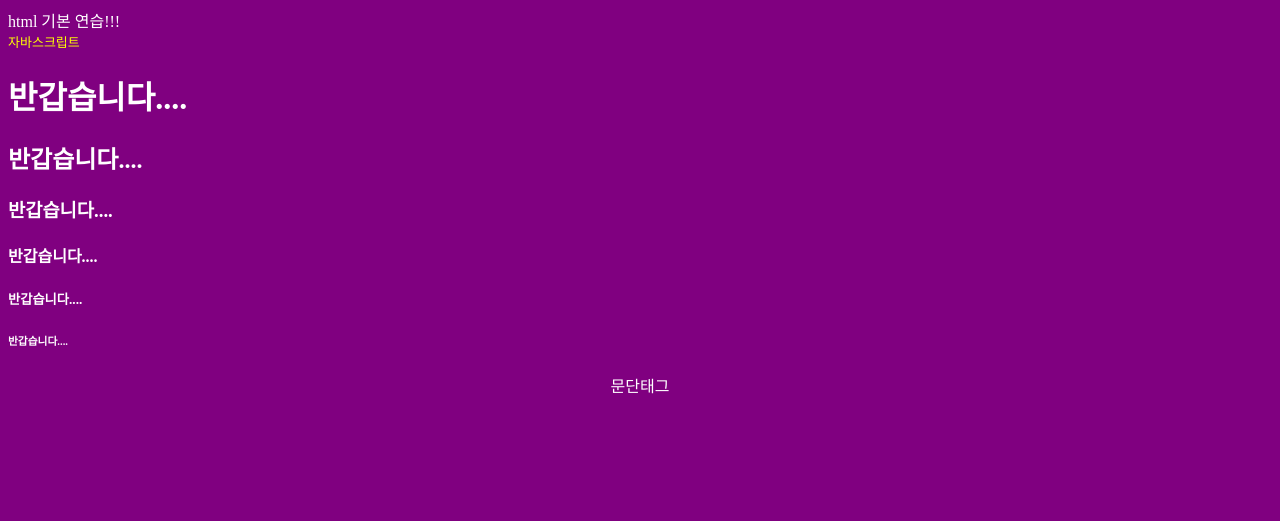
Repository: salee1023/JSP_Practice
Page: HTML_CSS_JS_practice01/src/main/webapp/html01.htm
An editor plug-in stored every save of this project. The page is shown before and after the next save, followed by the edit.
The browser window is 1280 px wide. The pictures show the whole page.

Above is the page before, as saved 2021-08-16 09:08:49.

### HTML_CSS_JS_practice01/src/main/webapp/html01.htm
<!DOCTYPE html>
<!--
	html 기본 구조
	<html>
		<head>
			<meta charset = "utf-8">
			<title>문서의 제목</title>
		</head>
		<body>
			문서의 내용
		</body?
	</html>
 -->
<html>
<head>
<meta charset="utf-8">
<title>html 연습</title>
</head>
<body bgcolor="purple" text="white">
	html 기본 연습!!!<br><font face="바탕" size="2" color="yellow">자바스크립트</font><h1>반갑습니다....</h1>
	<h2>반갑습니다....</h2><h3>반갑습니다....</h3><h4>반갑습니다....</h4><h5>반갑습니다....</h5><h6>반갑습니다....</h6>
	<p align="center">문단태그</p>
</body>
</html>

After the next save:
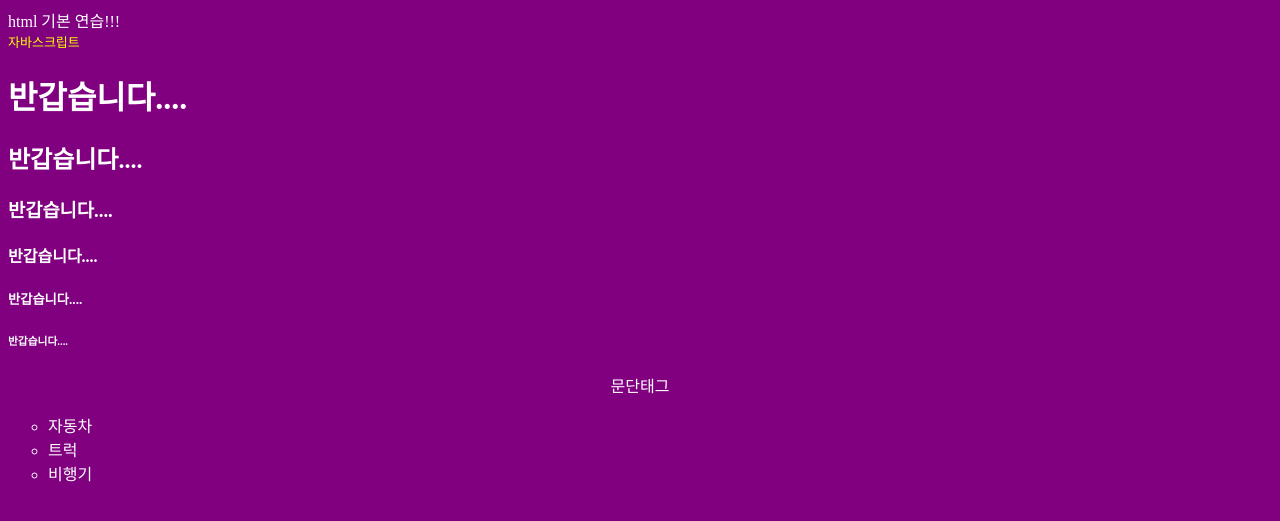
Saved 101 s later.
--- a/HTML_CSS_JS_practice01/src/main/webapp/html01.htm
+++ b/HTML_CSS_JS_practice01/src/main/webapp/html01.htm
@@ -20,5 +20,10 @@
 	html 기본 연습!!!<br><font face="바탕" size="2" color="yellow">자바스크립트</font><h1>반갑습니다....</h1>
 	<h2>반갑습니다....</h2><h3>반갑습니다....</h3><h4>반갑습니다....</h4><h5>반갑습니다....</h5><h6>반갑습니다....</h6>
 	<p align="center">문단태그</p>
+	<ul type="circle"><!-- Unordered List -->
+		<li>자동차</li>
+		<li>트럭</li>
+		<li>비행기</li>
+	</ul>
 </body>
 </html>
